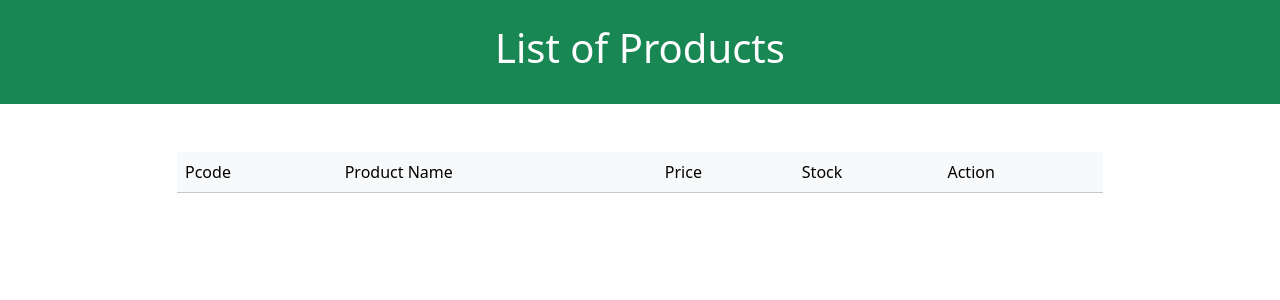
Repository: igatecomputereducation/classes
Page: http://localhost/spring-mvc-project/dispproducts
These files come from the project's save history. The page is drawn as it stood at one moment and after the next save; the edit follows.
The browser window is 1280 px wide. The pictures show the whole page.
The page is served by Tomcat 9. Queries for data that is not in the repository find no rows.

Above is the page before, as saved 2024-02-28 04:07:34.

### spring-mvc-project/spring-mvc-project/src/main/webapp/WEB-INF/spring-config.xml
<?xml version="1.0" encoding="UTF-8"?>
<beans xmlns="http://www.springframework.org/schema/beans"
	xmlns:p="http://www.springframework.org/schema/p"
	xmlns:util="http://www.springframework.org/schema/util"
	xmlns:xsi="http://www.w3.org/2001/XMLSchema-instance"
	xmlns:context="http://www.springframework.org/schema/context"
	xmlns:mvc="http://www.springframework.org/schema/mvc"

	xsi:schemaLocation="
        http://www.springframework.org/schema/beans
        http://www.springframework.org/schema/beans/spring-beans.xsd
         http://www.springframework.org/schema/util
         http://www.springframework.org/schema/util/spring-util.xsd
        http://www.springframework.org/schema/context
        http://www.springframework.org/schema/context/spring-context.xsd
        http://www.springframework.org/schema/mvc
        http://www.springframework.org/schema/mvc/spring-mvc.xsd
        ">

	<context:annotation-config/>
	<context:component-scan	base-package="com.igate" />

	<mvc:annotation-driven/>
	<mvc:resources location="/WEB-INF/resources/" mapping="/assets/**">

	</mvc:resources>

	<bean name="viewResolver" class="org.springframework.web.servlet.view.InternalResourceViewResolver">
		<property name="prefix" value="/WEB-INF/views/"></property>
		<property name="suffix" value=".jsp"></property>
	</bean>

	<bean name="dmds" class="org.springframework.jdbc.datasource.DriverManagerDataSource">
		<property name="driverClassName" value="com.mysql.jdbc.Driver"></property>
		<property name="url" value="jdbc:mysql://localhost:3306/opentrade"></property>
		<property name="username" value="root"></property>
		<property name="password" value=""></property>
	</bean>

	<bean name="jtemp" class="org.springframework.jdbc.core.JdbcTemplate">
		<property name="dataSource" ref="dmds"></property>
	</bean>

	<bean name="dao" class="com.igate.DaoImpl">
		<property name="jt" ref="jtemp"></property>
	</bean>


</beans>

### spring-mvc-project/spring-mvc-project/src/main/webapp/WEB-INF/views/dispproducts.jsp
<%@ page language="java" contentType="text/html; charset=ISO-8859-1"
    pageEncoding="ISO-8859-1" import="java.util.*,com.igate.*"%>
<!DOCTYPE html>
<html lang="en">
<head>
    <meta charset="UTF-8">
    <meta name="viewport" content="width=device-width, initial-scale=1.0">
    <title>Document</title>
    <link href="https://cdn.jsdelivr.net/npm/bootstrap@5.3.3/dist/css/bootstrap.min.css" rel="stylesheet" integrity="sha384-QWTKZyjpPEjISv5WaRU9OFeRpok6YctnYmDr5pNlyT2bRjXh0JMhjY6hW+ALEwIH" crossorigin="anonymous">
</head>
<body>
	<%
	    List<Products>	lst=(List)request.getAttribute("lst");

	%>


    <div class="bg-success p-4 text-center text-white">
        <h1>List of Products</h1>
    </div>

    <div class="container">
        <div class="row">
            <div class="col-md-1">
            </div>
            <div class="col-md-10">


                    <table class="table table-light mt-5">
                        <tr class="bg-success text-white">
                            <td>Pcode</td>
                            <td>Product Name</td>
                            <td>Price</td>
                            <td>Stock</td>
                            <td>Action</td>
                        </tr>

  <%
  						for(Products p:lst)
  						{
  							out.println("<tr>");
  							out.println("<td>"+p.getPcode()+"</td>");
  							out.println("<td>"+p.getPname()+"</td>");
  							out.println("<td>"+p.getPrice()+"</td>");
  							out.println("<td>"+p.getStock()+"</td>");
  							out.println("<td></td>");
  							out.println("</tr>");

  						}
    %>


                    </table>


            </div>
            <div class="col-md-1">
            </div>
        </div>

    </div>
    <script src="https://cdn.jsdelivr.net/npm/bootstrap@5.3.3/dist/js/bootstrap.bundle.min.js" integrity="sha384-YvpcrYf0tY3lHB60NNkmXc5s9fDVZLESaAA55NDzOxhy9GkcIdslK1eN7N6jIeHz" crossorigin="anonymous"></script>
</body>
</html>

### spring-mvc-project/spring-mvc-project/src/main/java/com/igate/MyController.java
package com.igate;

import org.springframework.beans.factory.annotation.Autowired;
import org.springframework.stereotype.Component;
import org.springframework.stereotype.Controller;
import org.springframework.web.bind.annotation.PathVariable;
import org.springframework.web.bind.annotation.RequestMapping;
import org.springframework.web.bind.annotation.RequestMethod;
import org.springframework.web.bind.annotation.RequestParam;
import org.springframework.web.servlet.ModelAndView;

@Controller
public class MyController {

	@Autowired
	private DaoImpl daoimpl;

	@RequestMapping("/test")
	public String getTest() {
		String sql="insert into products values(1003,'Garden chair',1000,20)";
		daoimpl.modifyProducts(sql);
		return "test";
	}

	@RequestMapping("/crproducts")
	public String products_crproducts() {
		return "crproducts";
	}

	@RequestMapping(path="/dbcrproducts",method=RequestMethod.POST)
	public String products_dbcrproducts(@RequestParam("pcode")int pcode,@RequestParam("pname")String pname,@RequestParam("price")float price,@RequestParam("stock")int stock) {
		String qry=String.format("insert into products values(%d,'%s',%f,%d)", pcode,pname,price,stock);
		daoimpl.modifyProducts(qry);
		return "redirect:dispproducts";
	}

	@RequestMapping("/dispproducts")
	public ModelAndView products_dispproducts() {
		ModelAndView m=new ModelAndView();
		m.addObject("lst",daoimpl.getProducts());
		m.setViewName("dispproducts");
		return m;
	}

	@RequestMapping("/delproducts/{pcode}")
	public String products_delproducts(@PathVariable("pcode")int pcode) {
		String qry="delete from products where pcode="+pcode;
		daoimpl.modifyProducts(qry);
		return "redirect:../dispproducts";
	}

	@RequestMapping("/updateproducts/{pcode}")
	public ModelAndView products_updateproducts(@PathVariable("pcode")int pcode) {
		ModelAndView m=new ModelAndView();
		Products p=daoimpl.getProduct(pcode);
		m.addObject("det",p);
		m.setViewName("updatepro_form");
		return m;
	}

	@RequestMapping(path="/modifyproduct",method=RequestMethod.POST)
	public String products_modifyproducts(@RequestParam("pcode")int pcode,@RequestParam("pname")String pname,@RequestParam("price")float price,@RequestParam("stock")int stock) {
		String qry=String.format("update products set pname='%s',price=%f,stock=%d where pcode=%d", pname,price,stock,pcode);
		System.out.println(qry);
		daoimpl.modifyProducts(qry);
		return "redirect:dispproducts";

	}


}

### spring-mvc-project/spring-mvc-project/src/main/java/com/igate/DaoImpl.java
package com.igate;

import java.util.List;

import org.springframework.jdbc.core.JdbcTemplate;
import org.springframework.jdbc.core.RowMapper;
import org.springframework.stereotype.Component;

public class DaoImpl {
	private JdbcTemplate jt;

	public void setJt(JdbcTemplate jt) {
		this.jt = jt;
	}

	public void modifyProducts(String qry) {
		jt.update(qry);
	}


	public List<Products> getProducts(){
		String qry="select * from products";
		List<Products> list=jt.query(qry, new RowMapperImpl());
		return list;
	}

	public Products getProduct(int pcode){
		String qry="select * from products where pcode="+pcode;
		Products p=jt.queryForObject(qry, new RowMapperImpl());
		return p;
	}


}

### spring-mvc-project/spring-mvc-project/src/main/java/com/igate/Products.java
package com.igate;
public class Products {
	private int pcode;
	private String pname;
	private float price;
	private int stock;
	public int getPcode() {
		return pcode;
	}
	public void setPcode(int pcode) {
		this.pcode = pcode;
	}
	public String getPname() {
		return pname;
	}
	public void setPname(String pname) {
		this.pname = pname;
	}
	public float getPrice() {
		return price;
	}
	public void setPrice(float price) {
		this.price = price;
	}
	public int getStock() {
		return stock;
	}
	public void setStock(int stock) {
		this.stock = stock;
	}

}

### spring-mvc-project/spring-mvc-project/src/main/java/com/igate/RowMapperImpl.java
package com.igate;

import java.sql.ResultSet;
import java.sql.SQLException;

import org.springframework.jdbc.core.RowMapper;

public class RowMapperImpl implements RowMapper<Products>{

	@Override
	public Products mapRow(ResultSet rs, int rowNum) throws SQLException {
		Products p=new Products();
		p.setPcode(rs.getInt(1));
		p.setPname(rs.getString(2));
		p.setPrice(rs.getFloat(3));
		p.setStock(rs.getInt(4));
		return p;
	}

}

After the next save:
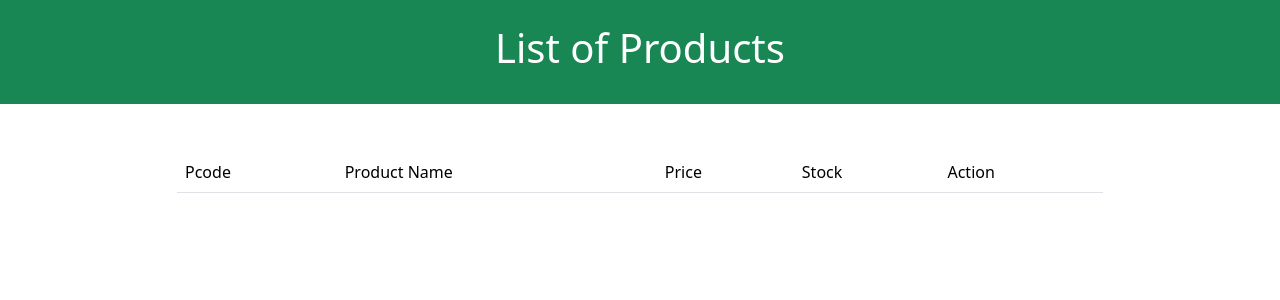
Saved 78 s later.
--- a/spring-mvc-project/spring-mvc-project/src/main/webapp/WEB-INF/views/dispproducts.jsp
+++ b/spring-mvc-project/spring-mvc-project/src/main/webapp/WEB-INF/views/dispproducts.jsp
@@ -26,7 +26,7 @@
             <div class="col-md-10">
 
 
-                    <table class="table table-light mt-5">
+                    <table class="table mt-5">
                         <tr class="bg-success text-white">
                             <td>Pcode</td>
                             <td>Product Name</td>
